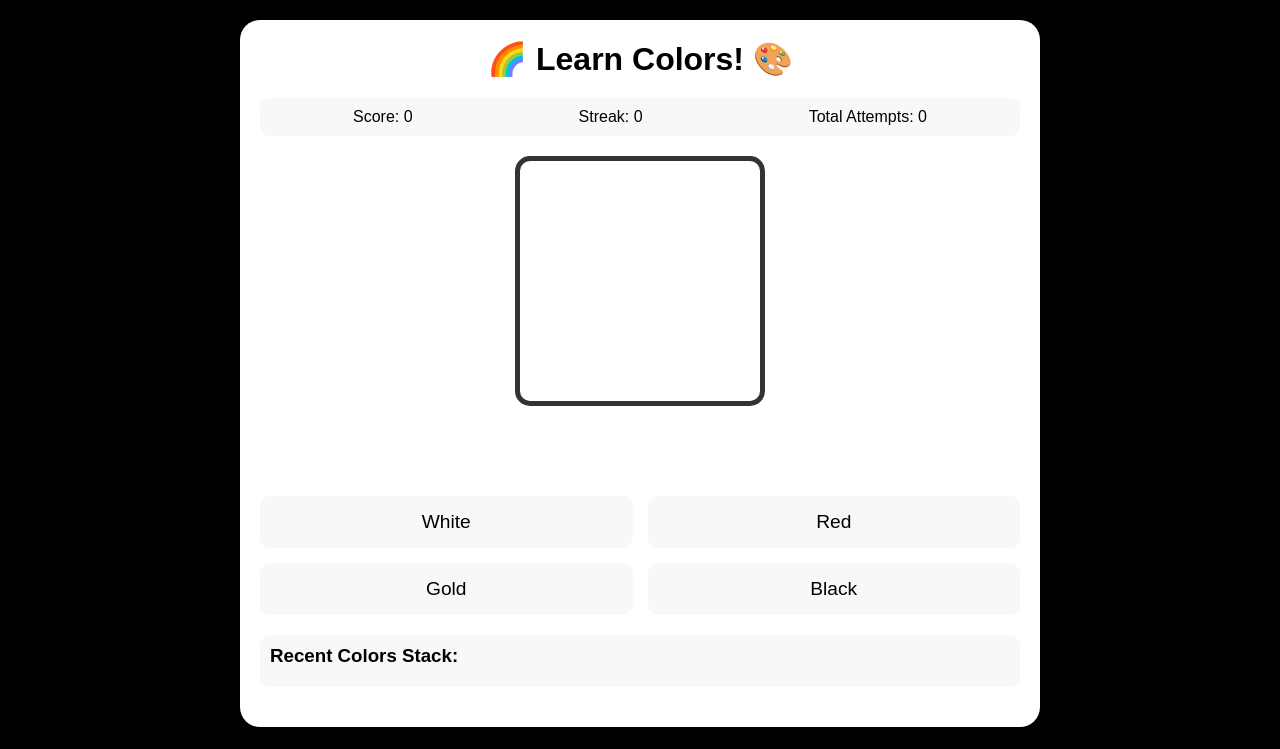
Repository: abhijeets54/learncolors
Page: project.html
These files come from the project's save history. The page is drawn as it stood at one moment and after the next save; the edit follows.
The browser window is 1280 px wide. The pictures show the whole page.

Above is the page before, as saved 2024-11-17 19:45:16.

### project.html
<!DOCTYPE html>
<html lang="en">
<head>
    <meta charset="UTF-8">
    <meta name="viewport" content="width=device-width, initial-scale=1.0">
    <title>Learn Colors!</title>
    <style>
        * {
            margin: 0;
            padding: 0;
            box-sizing: border-box;
            font-family: 'Comic Sans MS', cursive, sans-serif;
        }

        body {
            min-height: 100vh;
            background: black;
            padding: 20px;
        }

        .container {
            max-width: 800px;
            margin: 0 auto;
            background: white;
            padding: 20px;
            border-radius: 20px;
            box-shadow: 0 0 20px rgba(0,0,0,0.1);
        }

        .header {
            text-align: center;
            margin-bottom: 20px;
        }

        .stats {
            display: flex;
            justify-content: space-around;
            margin: 20px 0;
            padding: 10px;
            background: #f8f8f8;
            border-radius: 10px;
        }

        .color-display {
            width: 250px;
            height: 250px;
            margin: 20px auto;
            border-radius: 15px;
            border: 5px solid #333;
        }

        .options-grid {
            display: grid;
            grid-template-columns: repeat(2, 1fr);
            gap: 15px;
            margin: 20px 0;
        }

        .color-btn {
            padding: 15px;
            font-size: 1.2em;
            border: none;
            border-radius: 10px;
            cursor: pointer;
            background: #f8f8f8;
            transition: transform 0.2s;
        }

        .color-btn:hover {
            transform: scale(1.05);
        }

        .feedback {
            text-align: center;
            height: 50px;
            font-size: 1.5em;
            margin: 20px 0;
        }

        .stack-display {
            background: #f8f8f8;
            padding: 10px;
            margin: 10px 0;
            border-radius: 10px;
        }

        .stack-display h3 {
            margin-bottom: 10px;
        }

        .color-item {
            display: inline-block;
            margin: 5px;
            padding: 5px 10px;
            border-radius: 5px;
            background: #fff;
            border: 1px solid #ddd;
        }

        .performance-list {
            list-style: none;
            margin: 20px 0;
        }

        .performance-item {
            padding: 8px;
            margin: 5px 0;
            background: #fff;
            border-radius: 5px;
            display: flex;
            justify-content: space-between;
        }
    </style>
</head>
<body>
    <div class="container">
        <div class="header">
            <h1>🌈 Learn Colors! 🎨</h1>
        </div>

        <div class="stats">
            <div>Score: <span id="score">0</span></div>
            <div>Streak: <span id="streak">0</span></div>
            <div>Total Attempts: <span id="attempts">0</span></div>
        </div>

        <div class="color-display" id="colorDisplay"></div>
        <div class="feedback" id="feedback"></div>
        <div class="options-grid" id="options"></div>

        <div class="stack-display">
            <h3>Recent Colors Stack:</h3>
            <div id="stackDisplay"></div>
        </div>

        <div class="performance-list" id="performanceList"></div>
    </div>

    <script>
        // Basic Stack implementation using Array
        class Stack {
            constructor(maxSize = 5) {
                this.items = [];
                this.maxSize = maxSize;
            }

            push(element) {
                if(this.items.length === this.maxSize) {
                    this.items.pop();
                }
                this.items.unshift(element);
            }

            pop() {
                if(this.isEmpty()) return null;
                return this.items.shift();
            }

            peek() {
                if(this.isEmpty()) return null;
                return this.items[0];
            }

            isEmpty() {
                return this.items.length === 0;
            }

            getItems() {
                return [...this.items];
            }
        }

        // Array of basic colors
        const COLORS = [
            { name: 'Red', hex: '#FF0000' },
            { name: 'Blue', hex: '#0000FF' },
            { name: 'Green', hex: '#008000' },
            { name: 'Yellow', hex: '#FFFF00' },
            { name: 'Purple', hex: '#800080' },
            { name: 'Orange', hex: '#FFA500' },
            { name: 'Brown', hex: '#8B4513' },
            { name: 'Black', hex: '#000000' },
            { name: 'White', hex: '#FFFFFF' },
            { name: 'Gray', hex: '#808080' },
            { name: 'Pink', hex: '#FFC0CB' },
            { name: 'Navy', hex: '#000080' },
            { name: 'Maroon', hex: '#800000' },
            { name: 'Teal', hex: '#008080' },
            { name: 'Gold', hex: '#FFD700' }
        ];

        // Performance tracking array
        let colorPerformance = COLORS.map(color => ({
            name: color.name,
            attempts: 0,
            correct: 0
        }));

        // Game state variables
        let score = 0;
        let streak = 0;
        let attempts = 0;
        let currentColor = null;
        let recentColors = new Stack(5);

        // Bubble sort for performance ranking
        function sortPerformance() {
            let arr = [...colorPerformance];
            for(let i = 0; i < arr.length; i++) {
                for(let j = 0; j < arr.length - i - 1; j++) {
                    let rate1 = arr[j].attempts === 0 ? 0 : (arr[j].correct / arr[j].attempts);
                    let rate2 = arr[j+1].attempts === 0 ? 0 : (arr[j+1].correct / arr[j+1].attempts);
                    if(rate1 < rate2) {
                        [arr[j], arr[j+1]] = [arr[j+1], arr[j]];
                    }
                }
            }
            return arr;
        }

        // Generate options using selection sort for difficulty
        function generateOptions(correctColor) {
            let options = [correctColor];
            let availableColors = COLORS.filter(c => c !== correctColor);

            // Selection sort based on performance (to mix easy and hard colors)
            for(let i = 0; i < availableColors.length; i++) {
                let minIdx = i;
                for(let j = i + 1; j < availableColors.length; j++) {
                    let perf1 = colorPerformance.find(p => p.name === availableColors[minIdx].name);
                    let perf2 = colorPerformance.find(p => p.name === availableColors[j].name);
                    let rate1 = perf1.attempts === 0 ? 0 : (perf1.correct / perf1.attempts);
                    let rate2 = perf2.attempts === 0 ? 0 : (perf2.correct / perf2.attempts);
                    if(rate1 > rate2) minIdx = j;
                }
                if(minIdx !== i) {
                    [availableColors[i], availableColors[minIdx]] =
                    [availableColors[minIdx], availableColors[i]];
                }
            }

            // Select 3 more colors (mix of easy and difficult)
            options.push(availableColors[0]); // Most difficult
            options.push(availableColors[Math.floor(availableColors.length / 2)]); // Medium
            options.push(availableColors[availableColors.length - 1]); // Easiest

            // Shuffle options
            return options.sort(() => Math.random() - 0.5);
        }

        function updateDisplay() {
            document.getElementById('score').textContent = score;
            document.getElementById('streak').textContent = streak;
            document.getElementById('attempts').textContent = attempts;

            // Update stack display
            const stackItems = recentColors.getItems();
            document.getElementById('stackDisplay').innerHTML = stackItems
                .map(color => `<span class="color-item">${color.name}</span>`)
                .join('');

            // Update performance list
            const sortedPerformance = sortPerformance().slice(0, 5);
            document.getElementById('performanceList').innerHTML = sortedPerformance
                .map(p => {
                    const rate = p.attempts === 0 ? 0 : Math.round((p.correct / p.attempts) * 100);
                    return `<div class="performance-item">
                        <span>${p.name}</span>
                        <span>${rate}% (${p.correct}/${p.attempts})</span>
                    </div>`;
                })
                .join('');
        }

        function startGame() {
            let color = COLORS[Math.floor(Math.random() * COLORS.length)];
            currentColor = color;
            document.getElementById('colorDisplay').style.backgroundColor = color.hex;
            recentColors.push(color);

            const options = generateOptions(color);
            document.getElementById('options').innerHTML = options
                .map(option => `<button class="color-btn" onclick="checkAnswer('${option.name}')">${option.name}</button>`)
                .join('');
        }

        function checkAnswer(selectedColor) {
            attempts++;
            const feedbackElement = document.getElementById('feedback');
            const performanceRecord = colorPerformance.find(p => p.name === currentColor.name);
            performanceRecord.attempts++;

            if (selectedColor === currentColor.name) {
                feedbackElement.textContent = "Correct!";
                feedbackElement.style.color = "green";
                score++;
                streak++;
                performanceRecord.correct++;
            } else {
                feedbackElement.textContent = "Try again!";
                feedbackElement.style.color = "red";
                streak = 0;
            }
            updateDisplay();
            startGame();
        }

        window.onload = startGame;
    </script>
</body>
</html>

After the next save:
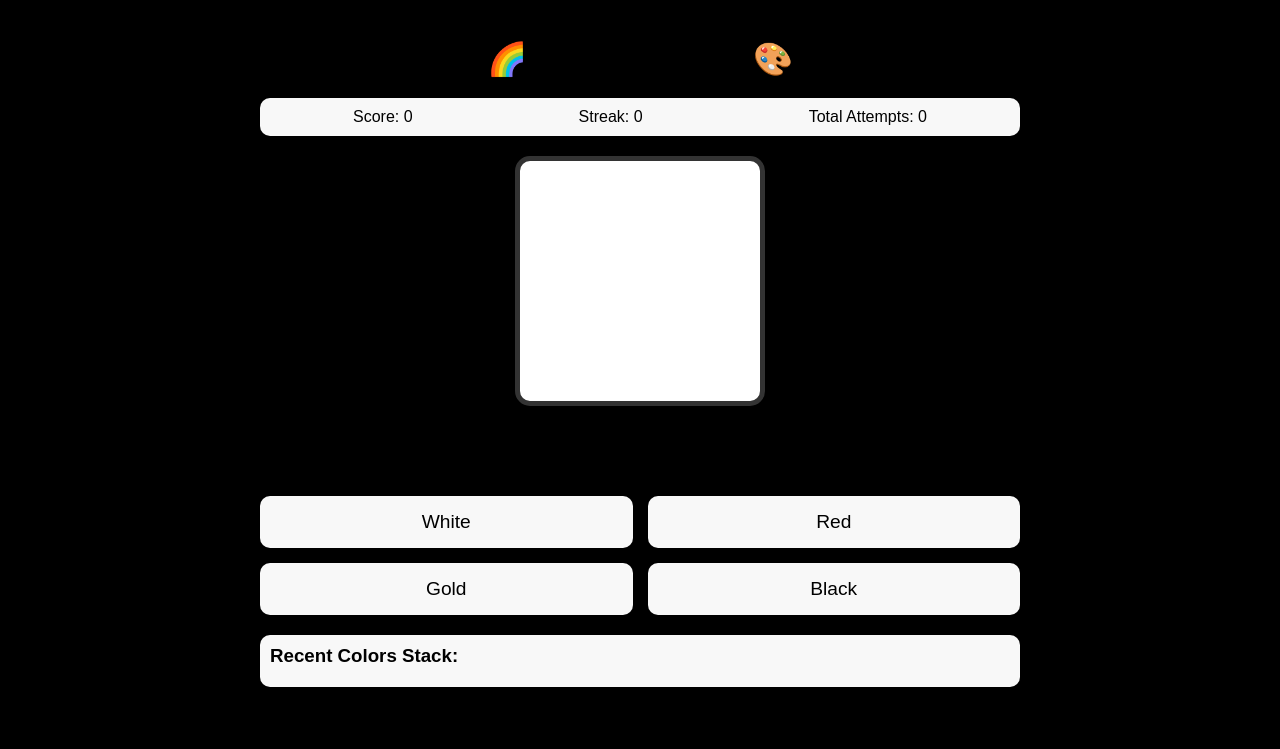
Saved 8 s later.
--- a/project.html
+++ b/project.html
@@ -21,7 +21,7 @@
         .container {
             max-width: 800px;
             margin: 0 auto;
-            background: white;
+            background: black;
             padding: 20px;
             border-radius: 20px;
             box-shadow: 0 0 20px rgba(0,0,0,0.1);
